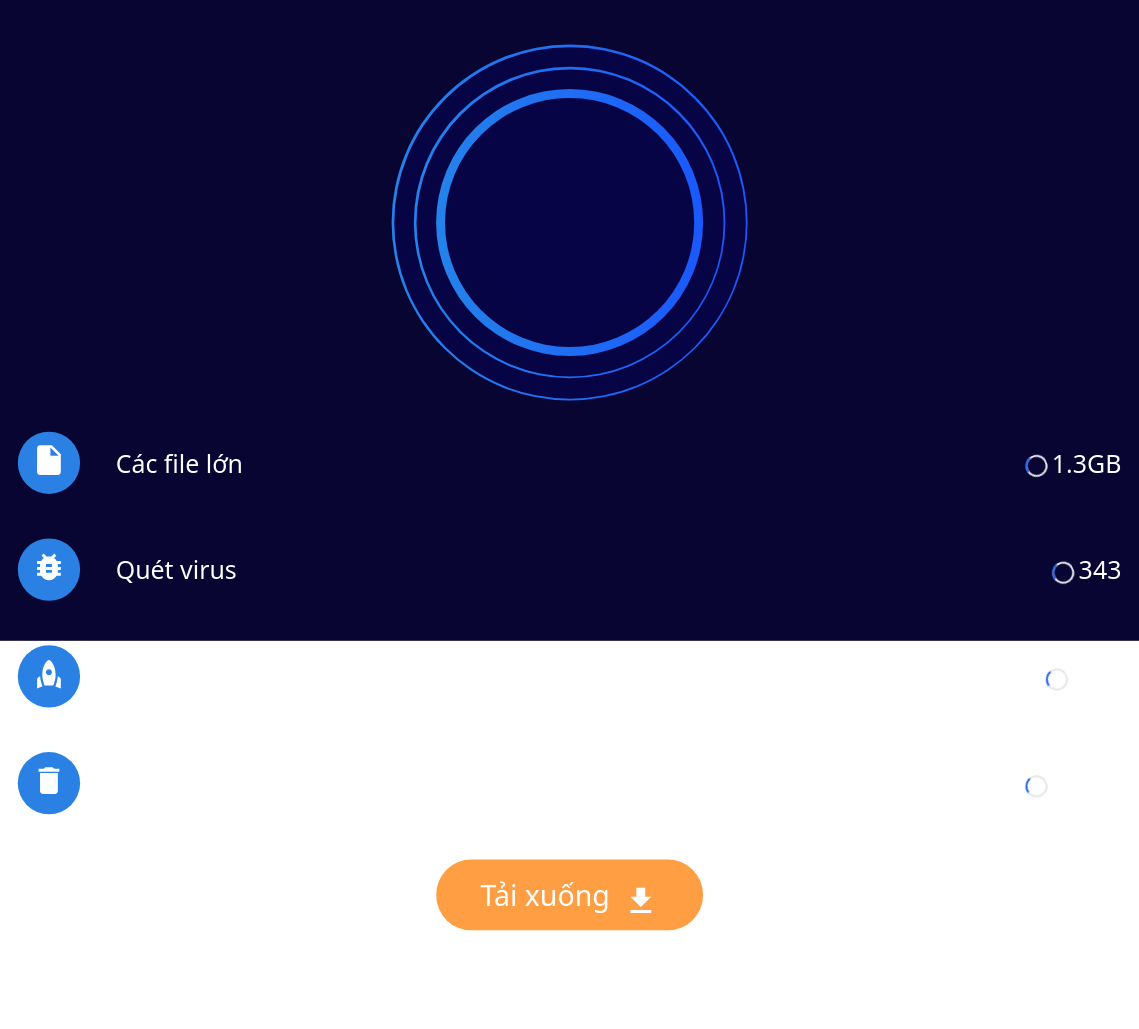
Repository: Kiendz3202/anti-virus-landingpage-mobile
Page: /, after clicking the first element matching `div.from-\[\#1CE5F8\]`
An editor plug-in stored every save of this project. The page is shown before and after the next save, followed by the edit.
The browser window is 1280 px wide. The pictures show the whole page, at 89% of full size.
The project was rebuilt for these pictures with package versions that can differ from the ones it lists, and the page was loaded fresh each time. The framework's server and built-in components were replaced by stand-ins that run in the browser. Also part of the build but not shown: next.config.js.

Above is the page before, as saved 2023-01-08 19:50:04.

### pages/index.js
import HomeView from '../views';

export default function Home() {
	return <HomeView />;
}

### styles/globals.css
@tailwind base;
@tailwind components;
@tailwind utilities;

@layer base {
	html {
		/* font-size: calc(15px + 0.390625vw); //15px */
		font-size: 10px;
	}

	* {
		box-sizing: border-box;
	}

	@media (max-width: 640px) {
		html {
			font-size: 7px;
		}
	}

	@media (min-width: 640px) {
		html {
			font-size: 7px;
		}
	}

	@media (min-width: 768px) {
		html {
			font-size: 8px;
		}
	}

	@media (min-width: 1024px) {
		html {
			font-size: 9px;
		}
	}

	@media (min-width: 1280px) {
		html {
			font-size: 10px;
		}
	}
}

### views/index.js
import React, { useEffect, useState } from 'react';
import ScanResult from '../components/ScanResult';
import ScanShield from '../components/ScanShield';
import { delay } from '../utils/delay';

function HomeView() {
	// const [isCheckingInitial, setIsCheckingInitial] = useState(true);
	const [loadingScan, setLoadingScan] = useState(false);
	const [showResult, setShowResult] = useState(false);
	// useEffect(() => {
	// 	const intervalID = setTimeout(() => {
	// 		setIsCheckingInitial((toggle) => !toggle);
	// 	}, 2000);

	// 	return () => clearInterval(intervalID);
	// }, []);

	const scanHandle = async () => {
		if (!showResult) {
			// setIsCheckingInitial(false);
			setLoadingScan(true);
			// await delay(4000);
			setLoadingScan(false);
			setShowResult(true);
		}
	};
	return (
		<div className="h-screen bg-[#080533]">
			<div
				className={` w-full   transition-all ease-in-out duration-[1500ms]  ${
					showResult ? ' h-[0px]' : 'h-screen pt-[20rem]'
				}`}
			>
				<div
					className={`bg-[#08043D] h-[40rem] w-[40rem] mx-auto rounded-full flex items-center justify-center ${
						showResult ? 'hidden' : ''
					}`}
				>
					<div className=" bg-[#070446] h-[32rem] w-[32rem] rounded-full flex items-center justify-center relative">
						<div className="bg-gradient-to-r from-[#0F2171] to-[#075DAF] h-[28rem] w-[28rem] rounded-full flex items-center justify-center animate-spin"></div>
						<div
							onClick={scanHandle}
							className=" bg-gradient-to-r from-[#1CE5F8] to-[#0092FF] h-[24rem] w-[24rem] rounded-full flex items-center justify-center absolute top-[4rem]"
						>
							<div className=" bg-gradient-to-r from-[#08042E] to-[#060075] h-[23rem] w-[23rem] rounded-full flex items-center justify-center ">
								<span className="text-white text-[6rem] font-semibold">
									Quét
								</span>
							</div>
						</div>
					</div>
				</div>
			</div>
			{showResult ? (
				<div className="text-white pt-[5rem]">
					<ScanShield showResult={showResult} />
					<ScanResult />
				</div>
			) : (
				''
			)}
		</div>
	);
}

export default HomeView;

### components/ScanResult.js
import InsertDriveFileIcon from '@mui/icons-material/InsertDriveFile';
import BugReportIcon from '@mui/icons-material/BugReport';
import RocketIcon from '@mui/icons-material/Rocket';
import DeleteIcon from '@mui/icons-material/Delete';
import FileDownloadIcon from '@mui/icons-material/FileDownload';
import { useState, useEffect } from 'react';
import { delay } from '../utils/delay';

function getRandomArbitrary(min, max) {
	return Math.random() * (max - min) + min;
}

function ScanResult() {
	const [isScanning, setIsScanning] = useState(true);
	const [bigFile, setBigFile] = useState(
		getRandomArbitrary(0.3, 2).toString().slice(0, 3)
	);
	const [virus, setVirus] = useState(
		getRandomArbitrary(108, 352).toString().split('.')[0]
	);
	const [speedPercent, setSpeedPercent] = useState(
		getRandomArbitrary(30, 80).toString().split('.')[0]
	);
	const [trashFile, setTrashFile] = useState(
		getRandomArbitrary(0.2, 3).toString().slice(0, 3)
	);
	const arr = Array.from(Array(30).keys());

	const loopAsync = async () => {
		for (const number of arr) {
			setBigFile(() => getRandomArbitrary(0.3, 2).toString().slice(0, 3));
			setVirus(
				() => getRandomArbitrary(108, 352).toString().split('.')[0]
			);
			setSpeedPercent(
				() => getRandomArbitrary(30, 80).toString().split('.')[0]
			);
			setTrashFile(() =>
				getRandomArbitrary(0.2, 3).toString().slice(0, 3)
			);
			await delay(200);
		}
		setIsScanning(false);
	};
	useEffect(() => {
		loopAsync();
	}, []);

	// const bigFile = getRandomArbitrary(0.3, 2).toString().slice(0, 3);
	// const virus = getRandomArbitrary(108, 352).toString().split('.')[0];
	// const speedPercent = getRandomArbitrary(30, 80).toString().split('.')[0];
	// const trashFile = getRandomArbitrary(0.2, 3).toString().slice(0, 3);
	// console.log(trashFile);
	return (
		<div className="mt-[3rem]">
			{/* big file  */}
			<div className="flex justify-between  h-[12rem] items-center text-[2.8rem] font-medium ">
				<div>
					<div className="bg-[#2A81E3] text-white rounded-full w-[7rem] h-[7rem] ml-[2rem]">
						<InsertDriveFileIcon
							sx={{
								fontSize: '4rem',
								marginLeft: '1.5rem',
								marginTop: '1.2rem',
							}}
						/>
					</div>
				</div>
				<div className=" mr-auto ml-[4rem]">Các file lớn</div>
				<div className="flex">
					{isScanning && (
						<div role="status">
							<svg
								aria-hidden="true"
								class="inline w-10 h-10 mr-2 text-gray-200 animate-spin dark:text-gray-600 fill-blue-600"
								viewBox="0 0 100 101"
								fill="none"
								xmlns="http://www.w3.org/2000/svg"
							>
								<path
									d="M100 50.5908C100 78.2051 77.6142 100.591 50 100.591C22.3858 100.591 0 78.2051 0 50.5908C0 22.9766 22.3858 0.59082 50 0.59082C77.6142 0.59082 100 22.9766 100 50.5908ZM9.08144 50.5908C9.08144 73.1895 27.4013 91.5094 50 91.5094C72.5987 91.5094 90.9186 73.1895 90.9186 50.5908C90.9186 27.9921 72.5987 9.67226 50 9.67226C27.4013 9.67226 9.08144 27.9921 9.08144 50.5908Z"
									fill="currentColor"
								/>
								<path
									d="M93.9676 39.0409C96.393 38.4038 97.8624 35.9116 97.0079 33.5539C95.2932 28.8227 92.871 24.3692 89.8167 20.348C85.8452 15.1192 80.8826 10.7238 75.2124 7.41289C69.5422 4.10194 63.2754 1.94025 56.7698 1.05124C51.7666 0.367541 46.6976 0.446843 41.7345 1.27873C39.2613 1.69328 37.813 4.19778 38.4501 6.62326C39.0873 9.04874 41.5694 10.4717 44.0505 10.1071C47.8511 9.54855 51.7191 9.52689 55.5402 10.0491C60.8642 10.7766 65.9928 12.5457 70.6331 15.2552C75.2735 17.9648 79.3347 21.5619 82.5849 25.841C84.9175 28.9121 86.7997 32.2913 88.1811 35.8758C89.083 38.2158 91.5421 39.6781 93.9676 39.0409Z"
									fill="currentFill"
								/>
							</svg>
							<span class="sr-only">Loading...</span>
						</div>
					)}
					<div className="pr-[2rem]">{bigFile}GB</div>
				</div>
			</div>
			{/* diet virus  */}
			<div className="flex justify-between  h-[12rem] items-center text-[2.8rem] font-medium">
				<div>
					<div className="bg-[#2A81E3] text-white rounded-full w-[7rem] h-[7rem] ml-[2rem]">
						<BugReportIcon
							sx={{
								fontSize: '4rem',
								marginLeft: '1.5rem',
								marginTop: '1.2rem',
							}}
						/>
					</div>
				</div>
				<div className=" mr-auto ml-[4rem]">Quét virus</div>
				<div className="flex">
					{isScanning && (
						<div role="status">
							<svg
								aria-hidden="true"
								class="inline w-10 h-10 mr-2 text-gray-200 animate-spin dark:text-gray-600 fill-blue-600"
								viewBox="0 0 100 101"
								fill="none"
								xmlns="http://www.w3.org/2000/svg"
							>
								<path
									d="M100 50.5908C100 78.2051 77.6142 100.591 50 100.591C22.3858 100.591 0 78.2051 0 50.5908C0 22.9766 22.3858 0.59082 50 0.59082C77.6142 0.59082 100 22.9766 100 50.5908ZM9.08144 50.5908C9.08144 73.1895 27.4013 91.5094 50 91.5094C72.5987 91.5094 90.9186 73.1895 90.9186 50.5908C90.9186 27.9921 72.5987 9.67226 50 9.67226C27.4013 9.67226 9.08144 27.9921 9.08144 50.5908Z"
									fill="currentColor"
								/>
								<path
									d="M93.9676 39.0409C96.393 38.4038 97.8624 35.9116 97.0079 33.5539C95.2932 28.8227 92.871 24.3692 89.8167 20.348C85.8452 15.1192 80.8826 10.7238 75.2124 7.41289C69.5422 4.10194 63.2754 1.94025 56.7698 1.05124C51.7666 0.367541 46.6976 0.446843 41.7345 1.27873C39.2613 1.69328 37.813 4.19778 38.4501 6.62326C39.0873 9.04874 41.5694 10.4717 44.0505 10.1071C47.8511 9.54855 51.7191 9.52689 55.5402 10.0491C60.8642 10.7766 65.9928 12.5457 70.6331 15.2552C75.2735 17.9648 79.3347 21.5619 82.5849 25.841C84.9175 28.9121 86.7997 32.2913 88.1811 35.8758C89.083 38.2158 91.5421 39.6781 93.9676 39.0409Z"
									fill="currentFill"
								/>
							</svg>
							<span class="sr-only">Loading...</span>
						</div>
					)}
					<div className="pr-[2rem]">{virus}</div>
				</div>
			</div>
			{/* tang toc  */}
			<div className="flex justify-between  h-[12rem] items-center text-[2.8rem] font-medium">
				<div>
					<div className="bg-[#2A81E3] text-white rounded-full w-[7rem] h-[7rem] ml-[2rem]">
						<RocketIcon
							sx={{
								fontSize: '4rem',
								marginLeft: '1.5rem',
								marginTop: '1.2rem',
							}}
						/>
					</div>
				</div>
				<div className=" mr-auto ml-[4rem]">Tăng tốc máy</div>
				<div className="flex">
					{isScanning && (
						<div role="status">
							<svg
								aria-hidden="true"
								class="inline w-10 h-10 mr-2 text-gray-200 animate-spin dark:text-gray-600 fill-blue-600"
								viewBox="0 0 100 101"
								fill="none"
								xmlns="http://www.w3.org/2000/svg"
							>
								<path
									d="M100 50.5908C100 78.2051 77.6142 100.591 50 100.591C22.3858 100.591 0 78.2051 0 50.5908C0 22.9766 22.3858 0.59082 50 0.59082C77.6142 0.59082 100 22.9766 100 50.5908ZM9.08144 50.5908C9.08144 73.1895 27.4013 91.5094 50 91.5094C72.5987 91.5094 90.9186 73.1895 90.9186 50.5908C90.9186 27.9921 72.5987 9.67226 50 9.67226C27.4013 9.67226 9.08144 27.9921 9.08144 50.5908Z"
									fill="currentColor"
								/>
								<path
									d="M93.9676 39.0409C96.393 38.4038 97.8624 35.9116 97.0079 33.5539C95.2932 28.8227 92.871 24.3692 89.8167 20.348C85.8452 15.1192 80.8826 10.7238 75.2124 7.41289C69.5422 4.10194 63.2754 1.94025 56.7698 1.05124C51.7666 0.367541 46.6976 0.446843 41.7345 1.27873C39.2613 1.69328 37.813 4.19778 38.4501 6.62326C39.0873 9.04874 41.5694 10.4717 44.0505 10.1071C47.8511 9.54855 51.7191 9.52689 55.5402 10.0491C60.8642 10.7766 65.9928 12.5457 70.6331 15.2552C75.2735 17.9648 79.3347 21.5619 82.5849 25.841C84.9175 28.9121 86.7997 32.2913 88.1811 35.8758C89.083 38.2158 91.5421 39.6781 93.9676 39.0409Z"
									fill="currentFill"
								/>
							</svg>
							<span class="sr-only">Loading...</span>
						</div>
					)}
					<div className="pr-[2rem]">{speedPercent}%</div>
				</div>
			</div>
			{/* Các file rác   */}
			<div className="flex justify-between  h-[12rem] items-center text-[2.8rem] font-medium">
				<div>
					<div className="bg-[#2A81E3] text-white rounded-full w-[7rem] h-[7rem] ml-[2rem]">
						<DeleteIcon
							sx={{
								fontSize: '4rem',
								marginLeft: '1.5rem',
								marginTop: '1.2rem',
							}}
						/>
					</div>
				</div>
				<div className=" mr-auto ml-[4rem]">Các file rác</div>
				<div className="flex">
					{isScanning && (
						<div role="status">
							<svg
								aria-hidden="true"
								class="inline w-10 h-10 mr-2 text-gray-200 animate-spin dark:text-gray-600 fill-blue-600"
								viewBox="0 0 100 101"
								fill="none"
								xmlns="http://www.w3.org/2000/svg"
							>
								<path
									d="M100 50.5908C100 78.2051 77.6142 100.591 50 100.591C22.3858 100.591 0 78.2051 0 50.5908C0 22.9766 22.3858 0.59082 50 0.59082C77.6142 0.59082 100 22.9766 100 50.5908ZM9.08144 50.5908C9.08144 73.1895 27.4013 91.5094 50 91.5094C72.5987 91.5094 90.9186 73.1895 90.9186 50.5908C90.9186 27.9921 72.5987 9.67226 50 9.67226C27.4013 9.67226 9.08144 27.9921 9.08144 50.5908Z"
									fill="currentColor"
								/>
								<path
									d="M93.9676 39.0409C96.393 38.4038 97.8624 35.9116 97.0079 33.5539C95.2932 28.8227 92.871 24.3692 89.8167 20.348C85.8452 15.1192 80.8826 10.7238 75.2124 7.41289C69.5422 4.10194 63.2754 1.94025 56.7698 1.05124C51.7666 0.367541 46.6976 0.446843 41.7345 1.27873C39.2613 1.69328 37.813 4.19778 38.4501 6.62326C39.0873 9.04874 41.5694 10.4717 44.0505 10.1071C47.8511 9.54855 51.7191 9.52689 55.5402 10.0491C60.8642 10.7766 65.9928 12.5457 70.6331 15.2552C75.2735 17.9648 79.3347 21.5619 82.5849 25.841C84.9175 28.9121 86.7997 32.2913 88.1811 35.8758C89.083 38.2158 91.5421 39.6781 93.9676 39.0409Z"
									fill="currentFill"
								/>
							</svg>
							<span class="sr-only">Loading...</span>
						</div>
					)}
					<div className="pr-[2rem]">{trashFile}GB</div>
				</div>
			</div>
			{/* Tai ung dung   */}
			<div className="flex flex-col   items-center text-[3.2rem] font-medium mt-[4rem] pb-[3rem]">
				<div className="flex items-center justify-center bg-[#FF9E43] text-white rounded-full w-[30rem] h-[8rem] active:opacity-60 cursor-pointer animate-bounce">
					<div>Tải xuống</div>
					<div>
						<FileDownloadIcon
							sx={{
								fontSize: '4rem',
								marginLeft: '1.5rem',
								marginTop: '1.2rem',
							}}
						/>
					</div>
				</div>
				<div className="mt-[3rem] text-[2.4rem] font-normal">
					Tải ứng dụng để diệt tận gốc
				</div>
			</div>
		</div>
	);
}

export default ScanResult;

### components/ScanShield.js
import React, { useEffect, useState } from 'react';
import { delay } from '../utils/delay';

function ScanShield({ showResult }) {
	const [stopAnimation, setStopAnimation] = useState(false);
	const [display, setDisplay] = useState(true);
	useEffect(() => {
		const stopAnimationHandle = async () => {
			await delay(6000);
			setStopAnimation(true);
			setDisplay(false);
		};
		stopAnimationHandle();
	}, []);
	return (
		<div
			className={`transition-all ease-in-out duration-[1500ms] ${
				display ? 'h-[38rem]' : 'h-[0rem] opacity-0'
			}`}
		>
			<div
				className={` bg-gradient-to-r from-[#2483EA] to-[#1A58FD] h-[40rem] w-[40rem] mx-auto rounded-full flex items-center justify-center`}
			>
				<div className=" bg-[#070446] h-[39.5rem] w-[39.5rem] rounded-full flex items-center justify-center ">
					<div
						className={` bg-gradient-to-r from-[#2483EA] to-[#1A58FD] h-[35rem] w-[35rem] mx-auto rounded-full flex items-center justify-center `}
					>
						<div className=" bg-[#070446] h-[34.5rem] w-[34.5rem] rounded-full flex items-center justify-center ">
							<div className="  bg-gradient-to-r from-[#2483EA] to-[#1A58FD] h-[30rem] w-[30rem] rounded-full flex items-center justify-center ">
								<div className='className=" bg-[#070446] h-[28rem] w-[28rem] rounded-full flex items-center justify-center "'>
									<img
										src="/shield.png"
										className={`${
											stopAnimation ? '' : 'animate-ping'
										}`}
									/>
								</div>
							</div>
						</div>
					</div>
				</div>
			</div>
		</div>
	);
}

export default ScanShield;

### utils/delay.js
export const delay = (m) => new Promise((r) => setTimeout(r, m));

### tailwind.config.js
/** @type {import('tailwindcss').Config} */
module.exports = {
	content: [
		'./pages/**/*.{js,ts,jsx,tsx}',
		'./components/**/*.{js,ts,jsx,tsx}',
		'./views/**/*.{js,ts,jsx,tsx}',
	],
	theme: {
		extend: {},
	},
	plugins: [],
};

Loaded but not shown: pages/_app.js (common file); pages/_document.js (common file)

After the next save:
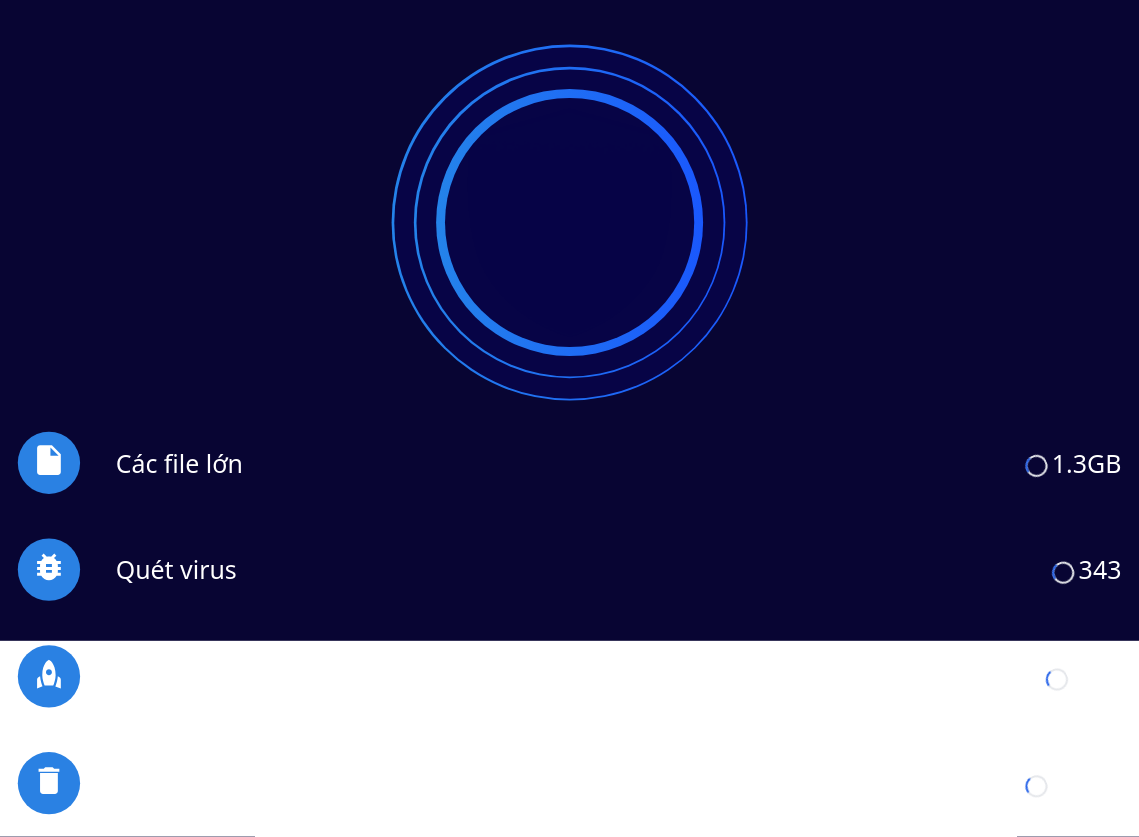
Saved 2 min 30 s later.
--- a/components/ScanResult.js
+++ b/components/ScanResult.js
@@ -210,23 +210,25 @@
 				</div>
 			</div>
 			{/* Tai ung dung   */}
-			<div className="flex flex-col   items-center text-[3.2rem] font-medium mt-[4rem] pb-[3rem]">
-				<div className="flex items-center justify-center bg-[#FF9E43] text-white rounded-full w-[30rem] h-[8rem] active:opacity-60 cursor-pointer animate-bounce">
-					<div>Tải xuống</div>
-					<div>
-						<FileDownloadIcon
-							sx={{
-								fontSize: '4rem',
-								marginLeft: '1.5rem',
-								marginTop: '1.2rem',
-							}}
-						/>
-					</div>
-				</div>
-				<div className="mt-[3rem] text-[2.4rem] font-normal">
-					Tải ứng dụng để diệt tận gốc
-				</div>
-			</div>
+			{!isScanning ?? (
+				<div className="flex flex-col   items-center text-[3.2rem] font-medium mt-[4rem] pb-[3rem]">
+					<div className="flex items-center justify-center bg-[#FF9E43] text-white rounded-full w-[30rem] h-[8rem] active:opacity-60 cursor-pointer animate-bounce">
+						<div>Tải xuống</div>
+						<div>
+							<FileDownloadIcon
+								sx={{
+									fontSize: '4rem',
+									marginLeft: '1.5rem',
+									marginTop: '1.2rem',
+								}}
+							/>
+						</div>
+					</div>
+					<div className="mt-[3rem] text-[2.4rem] font-normal">
+						Tải ứng dụng để diệt tận gốc
+					</div>
+				</div>
+			)}
 		</div>
 	);
 }
